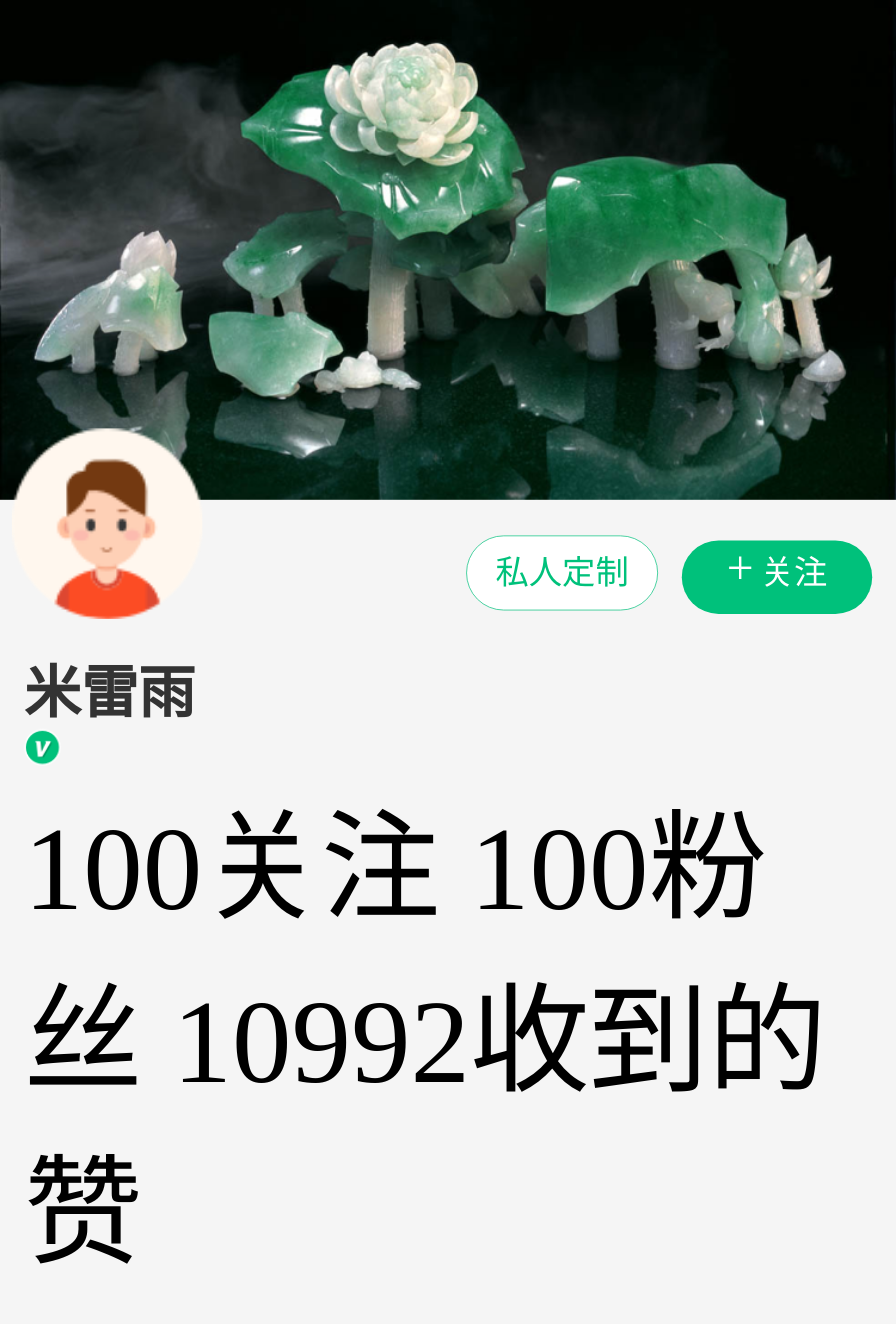
Repository: 1yanglulu/-
Page: html/jadecarvemaincenter.html
The author's editor kept a copy of each file at every save. The page is drawn from the files as they stood at one save, then again after the next save.
The browser window is 1280 px wide. The pictures show the whole page, at 70% of full size.

Above is the page before, as saved 2020-01-07 14:19:14.

After the next save:
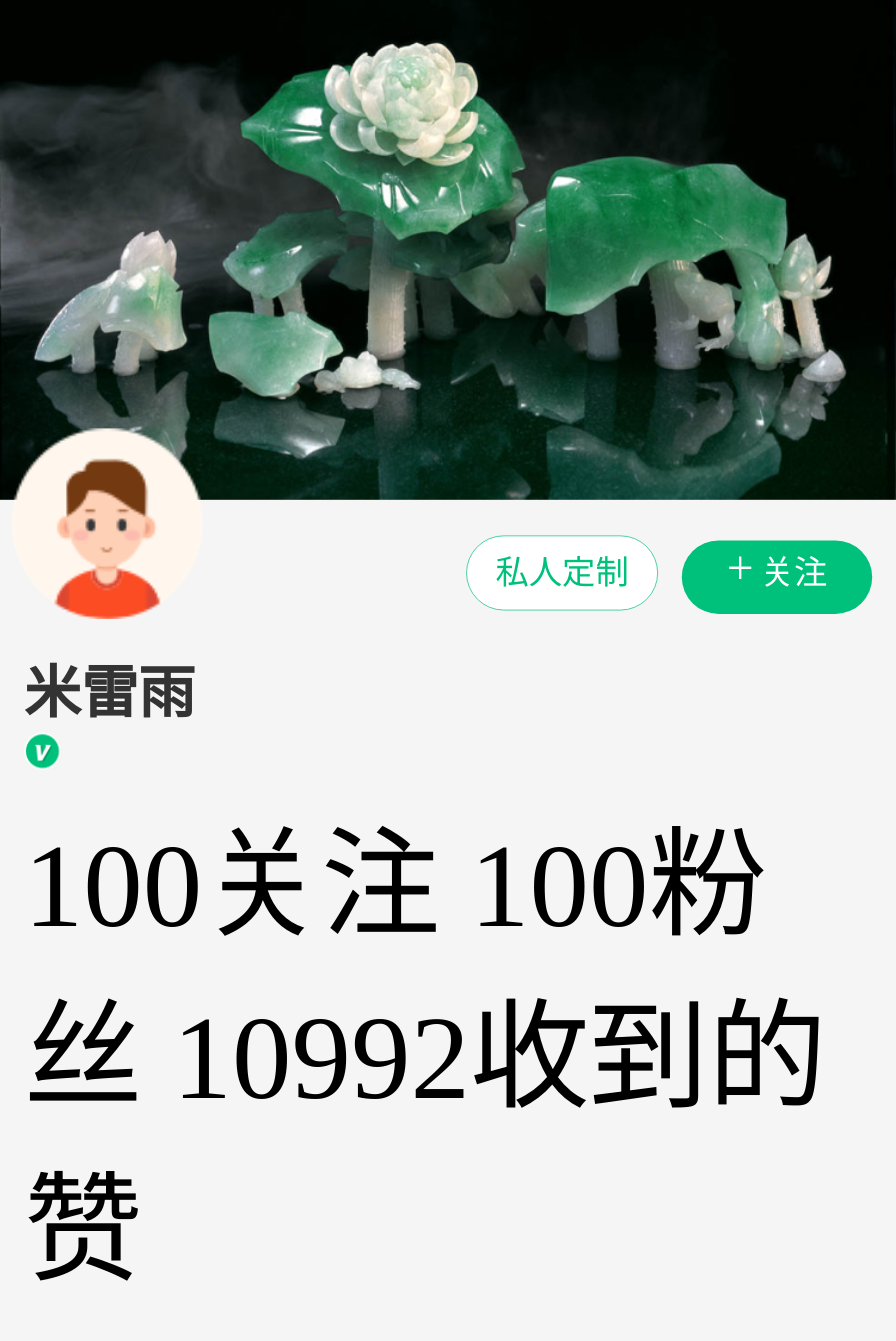
Saved 18 s later.
--- a/css/jadecarvemaincenter.css
+++ b/css/jadecarvemaincenter.css
@@ -64,7 +64,7 @@
 .jade-introduce{
   font-size: .32rem;
   color: #000000;
-  line-height: 50px;
+  line-height: .5rem;
 }
 .vip-icon{
   width: .32rem;
